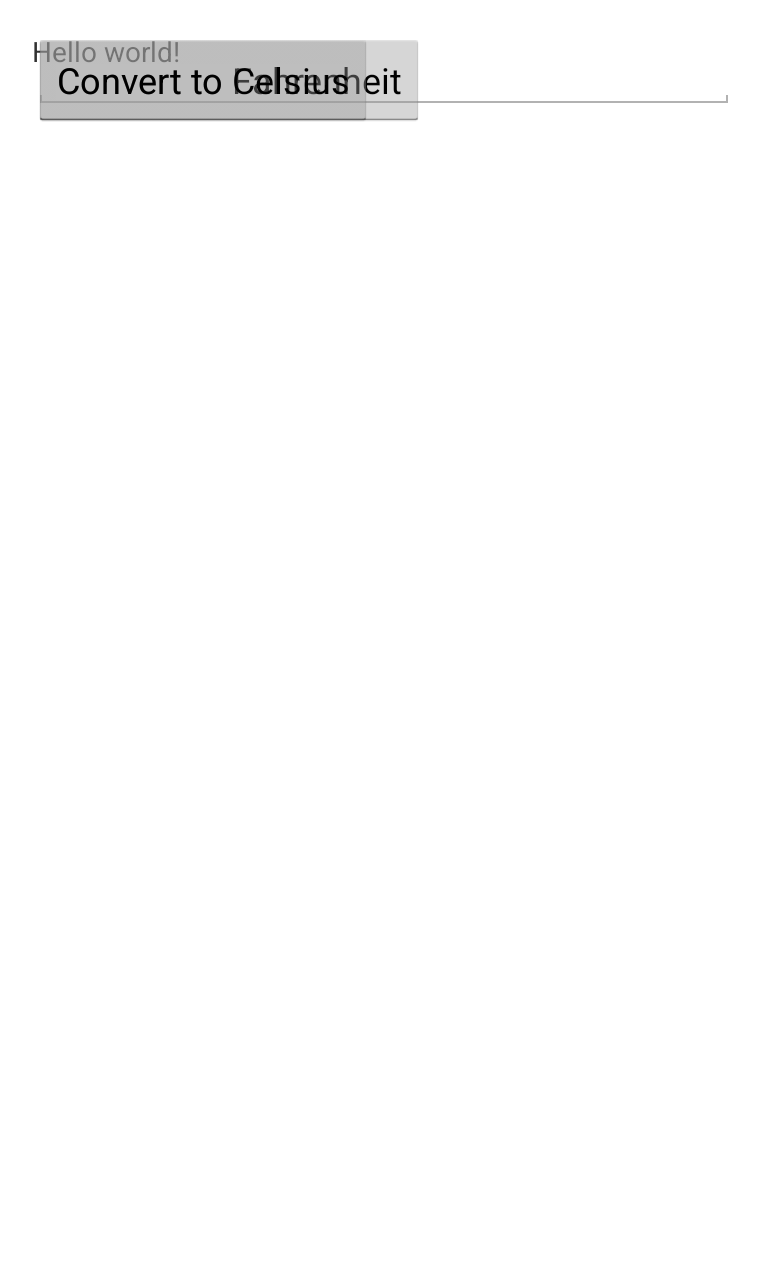
Repository: PatKelsh/IS-413
Layout: TempertureIntents/res/layout/activity_display.xml
An editor plug-in stored every save of this project. The layout is shown before and after the next save, followed by the edit.
It is drawn on a 768 x 1280 px phone screen (xhdpi) without system bars, with theme AppTheme; the app's code is not run.

Above is the layout before, as saved 2015-03-04 03:34:10.

After the next save:
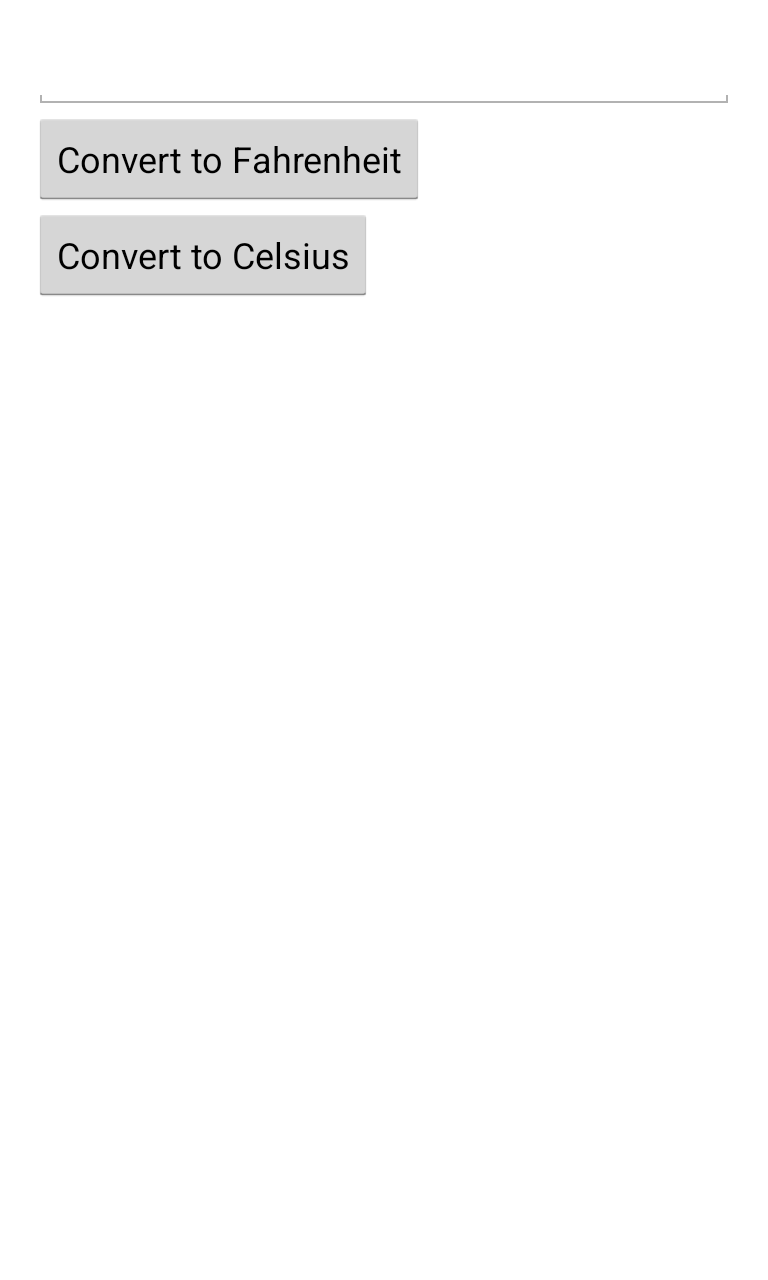
Saved 2 min 28 s later.
--- a/TempertureIntents/res/layout/activity_display.xml
+++ b/TempertureIntents/res/layout/activity_display.xml
@@ -8,10 +8,7 @@
     android:paddingTop="@dimen/activity_vertical_margin"
     tools:context="com.is413.tempertureintents.DisplayActivity" >
 
-    <TextView
-        android:layout_width="wrap_content"
-        android:layout_height="wrap_content"
-        android:text="@string/hello_world" />
+
 
     <EditText
         android:id="@+id/entry"
@@ -23,12 +20,14 @@
         android:id="@+id/fButton"
         android:layout_height="wrap_content"
         android:layout_width="wrap_content"
+        android:layout_below="@id/entry"
         android:text="@string/fButton" />
 
     <Button
         android:id="@+id/cButton"
         android:layout_height="wrap_content"
         android:layout_width="wrap_content"
-        android:text="@string/cButton" />
+        android:text="@string/cButton"
+        android:layout_below="@id/fButton" />
 
 </RelativeLayout>
